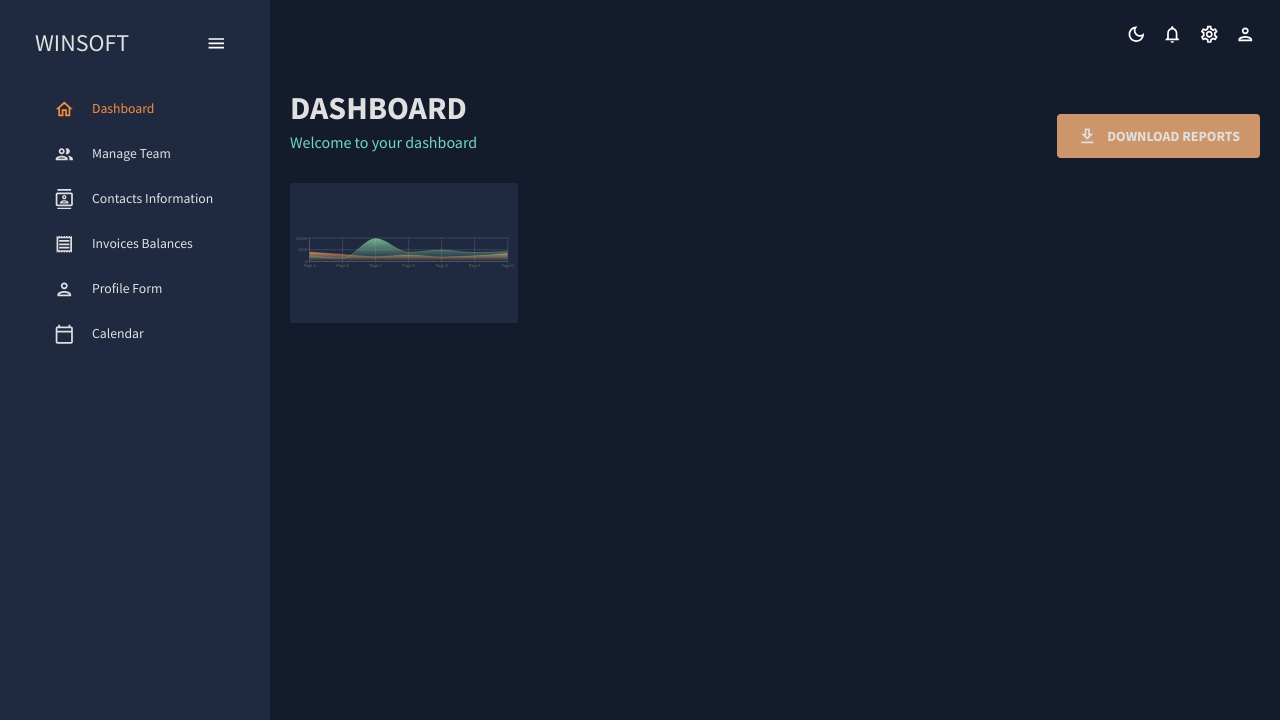
Repository: thamaraiselvan315731/winssoft
Page: /
The author's editor kept a copy of each file at every save. The page is drawn from the files as they stood at one save, then again after the next save.
The browser window is 1280 px wide. The pictures show the whole page.
The project was rebuilt for these pictures with package versions that can differ from the ones it lists, and the page was loaded fresh each time. Also part of the build but not shown: src/pages/team/index.jsx, src/pages/invoices/index.jsx, src/pages/contacts/index.jsx, src/pages/form/index.jsx, src/components/LineChart.jsx, src/data/mockGeoFeatures.js, src/components/GeographyChart.jsx, src/components/BarChart.jsx and 4 more.

Above is the page before, as saved 2022-12-01 11:03:50.

### src/App.js
import { useState } from "react";
import { Routes, Route } from "react-router-dom";
import Topbar from "./pages/global/Topbar";
import Sidebar from "./pages/global/Sidebar";
import Team from "./pages/team";
import Invoices from "./pages/invoices";
import Contacts from "./pages/contacts";
import Form from "./pages/form";
// import Bar from "./pages/bar";
// import Line from "./pages/line";
// import Pie from "./pages/pie";
// import Geography from "./pages/geography";
import Dashboard from "./pages/dashboard";
import FAQ from "./pages/faq";
import { CssBaseline, ThemeProvider } from "@mui/material";
import { ColorModeContext, useMode } from "./theme";
import Calendar from "./pages/calendar/calendar";

function App() {
  const [theme, colorMode] = useMode();
  const [isSidebar, setIsSidebar] = useState(true);

  return (
    <ColorModeContext.Provider value={colorMode}>
      <ThemeProvider theme={theme}>
        <CssBaseline />
        <div className="app">
          <Sidebar isSidebar={isSidebar} />
          <main className="content">
            <Topbar setIsSidebar={setIsSidebar} />
            <Routes>
              <Route path="/" element={<Dashboard />} />
              <Route path="/team" element={<Team />} />
              <Route path="/contacts" element={<Contacts />} />
              <Route path="/invoices" element={<Invoices />} />
              <Route path="/form" element={<Form />} />
              {/* <Route path="/bar" element={<Bar />} />
              <Route path="/pie" element={<Pie />} />
              <Route path="/line" element={<Line />} /> */}
              <Route path="/faq" element={<FAQ />} />
              <Route path="/calendar" element={<Calendar />} />
              {/* <Route path="/geography" element={<Geography />} /> */}
            </Routes>
          </main>
        </div>
      </ThemeProvider>
    </ColorModeContext.Provider>
  );
}

export default App;

### src/pages/global/Topbar.jsx
import { Box, IconButton, useTheme } from "@mui/material";
import { useContext } from "react";
import { ColorModeContext, tokens } from "../../theme";
import InputBase from "@mui/material/InputBase";
import LightModeOutlinedIcon from "@mui/icons-material/LightModeOutlined";
import DarkModeOutlinedIcon from "@mui/icons-material/DarkModeOutlined";
import NotificationsOutlinedIcon from "@mui/icons-material/NotificationsOutlined";
import SettingsOutlinedIcon from "@mui/icons-material/SettingsOutlined";
import PersonOutlinedIcon from "@mui/icons-material/PersonOutlined";
import SearchIcon from "@mui/icons-material/Search";

const Topbar = () => {
  const theme = useTheme();
  const colors = tokens(theme.palette.mode);
  const colorMode = useContext(ColorModeContext);

  return (
    <Box display="flex" justifyContent="flex-end" p={2}>
      {/* SEARCH BAR */}
      {/* <Box
        display="flex"
        backgroundColor={colors.primary[400]}
        borderRadius="3px"
      >
        <InputBase sx={{ ml: 2, flex: 1 }} placeholder="Search" />
        <IconButton type="button" sx={{ p: 1 }}>
          <SearchIcon />
        </IconButton>
      </Box> */}

      {/* ICONS */}
      <Box display="flex">
        <IconButton onClick={colorMode.toggleColorMode}>
          {theme.palette.mode === "dark" ? (
            <DarkModeOutlinedIcon />
          ) : (
            <LightModeOutlinedIcon />
          )}
        </IconButton>
        <IconButton>
          <NotificationsOutlinedIcon />
        </IconButton>
        <IconButton>
          <SettingsOutlinedIcon />
        </IconButton>
        <IconButton>
          <PersonOutlinedIcon />
        </IconButton>
      </Box>
    </Box>
  );
};

export default Topbar;

### src/pages/global/Sidebar.jsx
import { useState } from "react";
import { ProSidebar, Menu, MenuItem } from "react-pro-sidebar";
import { Box, IconButton, Typography, useTheme } from "@mui/material";
import { Link } from "react-router-dom";
import "react-pro-sidebar/dist/css/styles.css";
import { tokens } from "../../theme";
import HomeOutlinedIcon from "@mui/icons-material/HomeOutlined";
import PeopleOutlinedIcon from "@mui/icons-material/PeopleOutlined";
import ContactsOutlinedIcon from "@mui/icons-material/ContactsOutlined";
import ReceiptOutlinedIcon from "@mui/icons-material/ReceiptOutlined";
import PersonOutlinedIcon from "@mui/icons-material/PersonOutlined";
import CalendarTodayOutlinedIcon from "@mui/icons-material/CalendarTodayOutlined";// eslint-disable-next-line
import HelpOutlineOutlinedIcon from "@mui/icons-material/HelpOutlineOutlined";// eslint-disable-next-line
import BarChartOutlinedIcon from "@mui/icons-material/BarChartOutlined";// eslint-disable-next-line
import PieChartOutlineOutlinedIcon from "@mui/icons-material/PieChartOutlineOutlined";// eslint-disable-next-line
import TimelineOutlinedIcon from "@mui/icons-material/TimelineOutlined";// eslint-disable-next-line
import MenuOutlinedIcon from "@mui/icons-material/MenuOutlined";// eslint-disable-next-line
import MapOutlinedIcon from "@mui/icons-material/MapOutlined";// eslint-disable-next-line

const Item = ({ title, to, icon, selected, setSelected }) => {
  const theme = useTheme();
  const colors = tokens(theme.palette.mode);
  return (
    <MenuItem
      active={selected === title}
      style={{
        color: colors.grey[100],
      }}
      onClick={() => setSelected(title)}
      icon={icon}
    >
      <Typography>{title}</Typography>
      <Link to={to} />
    </MenuItem>
  );
};

const Sidebar = () => {
  const theme = useTheme();
  const colors = tokens(theme.palette.mode);
  const [isCollapsed, setIsCollapsed] = useState(false);
  const [selected, setSelected] = useState("Dashboard");

  return (
    <Box
      sx={{
        "& .pro-sidebar-inner": {
          background: `${colors.primary[400]} !important`,
        },
        "& .pro-icon-wrapper": {
          backgroundColor: "transparent !important",
        },
        "& .pro-inner-item": {
          padding: "5px 35px 5px 20px !important",
        },
        "& .pro-inner-item:hover": {
          color: "#f78d3e !important",
        },
        "& .pro-menu-item.active": {
          color: "#f78d3e !important",
        },
      }}
    >
      <ProSidebar collapsed={isCollapsed}>
        <Menu iconShape="square">
          {/* LOGO AND MENU ICON */}
          <MenuItem
            onClick={() => setIsCollapsed(!isCollapsed)}
            icon={isCollapsed ? <MenuOutlinedIcon /> : undefined}
            style={{
              margin: "10px 0 20px 0",
              color: colors.grey[100],
            }}
          >
            {!isCollapsed && (
              <Box
                display="flex"
                justifyContent="space-between"
                alignItems="center"
                ml="15px"
              >
                <Typography variant="h3" color={colors.grey[100]}>
                  WINSOFT
                </Typography>
                <IconButton onClick={() => setIsCollapsed(!isCollapsed)}>
                  <MenuOutlinedIcon />
                </IconButton>
              </Box>
            )}
          </MenuItem>

          {/* {!isCollapsed && (
            <Box mb="25px">
              <Box display="flex" justifyContent="center" alignItems="center">
                <img
                  alt="profile-user"
                  width="100px"
                  height="100px"
                  src={`../../assets/user.png`}
                  style={{ cursor: "pointer", borderRadius: "50%" }}
                />
              </Box>
              <Box textAlign="center">
                <Typography
                  variant="h2"
                  color={colors.grey[100]}
                  fontWeight="bold"
                  sx={{ m: "10px 0 0 0" }}
                >
                  Ed Roh
                </Typography>
                <Typography variant="h5" color={colors.greenAccent[500]}>
                  VP Fancy Admin
                </Typography>
              </Box>
            </Box>
          )} */}

          <Box paddingLeft={isCollapsed ? undefined : "10%"}>
            <Item
              title="Dashboard"
              to="/"
              icon={<HomeOutlinedIcon />}
              selected={selected}
              setSelected={setSelected}
            />

            {/* <Typography
              variant="h6"
              color={colors.grey[300]}
              sx={{ m: "15px 0 5px 20px" }}
            >
              Data
            </Typography> */}
            <Item
              title="Manage Team"
              to="/team"
              icon={<PeopleOutlinedIcon />}
              selected={selected}
              setSelected={setSelected}
            />
            <Item
              title="Contacts Information"
              to="/contacts"
              icon={<ContactsOutlinedIcon />}
              selected={selected}
              setSelected={setSelected}
            />
            <Item
              title="Invoices Balances"
              to="/invoices"
              icon={<ReceiptOutlinedIcon />}
              selected={selected}
              setSelected={setSelected}
            />

            {/* <Typography
              variant="h6"
              color={colors.grey[300]}
              sx={{ m: "15px 0 5px 20px" }}
            >
              Pages
            </Typography> */}
            <Item
              title="Profile Form"
              to="/form"
              icon={<PersonOutlinedIcon />}
              selected={selected}
              setSelected={setSelected}
            />
            <Item
              title="Calendar"
              to="/calendar"
              icon={<CalendarTodayOutlinedIcon />}
              selected={selected}
              setSelected={setSelected}
            />
            {/* <Item
              title="FAQ Page"
              to="/faq"
              icon={<HelpOutlineOutlinedIcon />}
              selected={selected}
              setSelected={setSelected}
            /> */}

            {/* <Typography
              variant="h6"
              color={colors.grey[300]}
              sx={{ m: "15px 0 5px 20px" }}
            >
              Charts
            </Typography>
            <Item
              title="Bar Chart"
              to="/bar"
              icon={<BarChartOutlinedIcon />}
              selected={selected}
              setSelected={setSelected}
            />
            <Item
              title="Pie Chart"
              to="/pie"
              icon={<PieChartOutlineOutlinedIcon />}
              selected={selected}
              setSelected={setSelected}
            />
            <Item
              title="Line Chart"
              to="/line"
              icon={<TimelineOutlinedIcon />}
              selected={selected}
              setSelected={setSelected}
            />
            <Item
              title="Geography Chart"
              to="/geography"
              icon={<MapOutlinedIcon />}
              selected={selected}
              setSelected={setSelected}
            /> */}
          </Box>
        </Menu>
      </ProSidebar>
    </Box>
  );
};

export default Sidebar;

### src/pages/dashboard/index.jsx
import { Box, Button, IconButton, Typography, useTheme } from "@mui/material";
import { tokens } from "../../theme";
import { mockTransactions } from "../../data/mockData";
import DownloadOutlinedIcon from "@mui/icons-material/DownloadOutlined";
import { AreaCharts } from "../../Charts/AreaChart"
import EmailIcon from "@mui/icons-material/Email";
import PointOfSaleIcon from "@mui/icons-material/PointOfSale";
import PersonAddIcon from "@mui/icons-material/PersonAdd";
import TrafficIcon from "@mui/icons-material/Traffic";
import Header from "../../components/Header";
import LineChart from "../../components/LineChart";
import GeographyChart from "../../components/GeographyChart";
import BarChart from "../../components/BarChart";
import StatBox from "../../components/StatBox";
import ProgressCircle from "../../components/ProgressCircle";

const Dashboard = () => {
  const theme = useTheme();
  const colors = tokens(theme.palette.mode);

  return (

    <Box m="20px">
      {/* HEADER */}
      <Box display="flex" justifyContent="space-between" alignItems="center">
        <Header title="DASHBOARD" subtitle="Welcome to your dashboard" />

        <Box>
          <Button
            sx={{
              backgroundColor: colors.blueAccent[700],
              color: colors.grey[100],
              fontSize: "14px",
              fontWeight: "bold",
              padding: "10px 20px",
            }}
          >
            <DownloadOutlinedIcon sx={{ mr: "10px" }} />
            Download Reports
          </Button>
        </Box>
      </Box>

      {/* GRID & CHARTS */}
      <Box
        display="grid"
        gridTemplateColumns="repeat(12, 1fr)"
        gridAutoRows="140px"
        gap="20px"
      >
        {/* ROW 1 */}
        <Box
          gridColumn="span 3"
          backgroundColor={colors.primary[400]}
          display="flex"
          alignItems="center"
          justifyContent="center"
        >
          <AreaCharts />
          {/* <StatBox
            title="12,361"
            subtitle="Emails Sent"
            progress="0.75"
            increase="+14%"
            icon={
              <EmailIcon
                sx={{ color: colors.greenAccent[600], fontSize: "26px" }}
              />
            }
          /> */}
        </Box>
        {/* <Box
          gridColumn="span 3"
          backgroundColor={colors.primary[400]}
          display="flex"
          alignItems="center"
          justifyContent="center"
        >
          <StatBox
            title="431,225"
            subtitle="Sales Obtained"
            progress="0.50"
            increase="+21%"
            icon={
              <PointOfSaleIcon
                sx={{ color: colors.greenAccent[600], fontSize: "26px" }}
              />
            }
          />
        </Box>
        <Box
          gridColumn="span 3"
          backgroundColor={colors.primary[400]}
          display="flex"
          alignItems="center"
          justifyContent="center"
        >
          <StatBox
            title="32,441"
            subtitle="New Clients"
            progress="0.30"
            increase="+5%"
            icon={
              <PersonAddIcon
                sx={{ color: colors.greenAccent[600], fontSize: "26px" }}
              />
            }
          />
        </Box>
        <Box
          gridColumn="span 3"
          backgroundColor={colors.primary[400]}
          display="flex"
          alignItems="center"
          justifyContent="center"
        >
          <StatBox
            title="1,325,134"
            subtitle="Traffic Received"
            progress="0.80"
            increase="+43%"
            icon={
              <TrafficIcon
                sx={{ color: colors.greenAccent[600], fontSize: "26px" }}
              />
            }
          />
        </Box> */}

        {/* ROW 2 */}
        {/* <Box
          gridColumn="span 8"
          gridRow="span 2"
          backgroundColor={colors.primary[400]}
        >
          <Box
            mt="25px"
            p="0 30px"
            display="flex "
            justifyContent="space-between"
            alignItems="center"
          >
            <Box>
              <Typography
                variant="h5"
                fontWeight="600"
                color={colors.grey[100]}
              >
                Revenue Generated
              </Typography>
              <Typography
                variant="h3"
                fontWeight="bold"
                color={colors.greenAccent[500]}
              >
                $59,342.32
              </Typography>
            </Box>
            <Box>
              <IconButton>
                <DownloadOutlinedIcon
                  sx={{ fontSize: "26px", color: colors.greenAccent[500] }}
                />
              </IconButton>
            </Box>
          </Box>
          <Box height="250px" m="-20px 0 0 0">
            <LineChart isDashboard={true} />
          </Box>
        </Box>
        <Box
          gridColumn="span 4"
          gridRow="span 2"
          backgroundColor={colors.primary[400]}
          overflow="auto"
        >
          <Box
            display="flex"
            justifyContent="space-between"
            alignItems="center"
            borderBottom={`4px solid ${colors.primary[500]}`}
            colors={colors.grey[100]}
            p="15px"
          >
            <Typography color={colors.grey[100]} variant="h5" fontWeight="600">
              Recent Transactions
            </Typography>
          </Box>
          {mockTransactions.map((transaction, i) => (
            <Box
              key={`${transaction.txId}-${i}`}
              display="flex"
              justifyContent="space-between"
              alignItems="center"
              borderBottom={`4px solid ${colors.primary[500]}`}
              p="15px"
            >
              <Box>
                <Typography
                  color={colors.greenAccent[500]}
                  variant="h5"
                  fontWeight="600"
                >
                  {transaction.txId}
                </Typography>
                <Typography color={colors.grey[100]}>
                  {transaction.user}
                </Typography>
              </Box>
              <Box color={colors.grey[100]}>{transaction.date}</Box>
              <Box
                backgroundColor={colors.greenAccent[500]}
                p="5px 10px"
                borderRadius="4px"
              >
                ${transaction.cost}
              </Box>
            </Box>
          ))}
        </Box> */}

        {/* ROW 3 */}
        {/* <Box
          gridColumn="span 4"
          gridRow="span 2"
          backgroundColor={colors.primary[400]}
          p="30px"
        >
          <Typography variant="h5" fontWeight="600">
            Campaign
          </Typography>
          <Box
            display="flex"
            flexDirection="column"
            alignItems="center"
            mt="25px"
          >
            <ProgressCircle size="125" />
            <Typography
              variant="h5"
              color={colors.greenAccent[500]}
              sx={{ mt: "15px" }}
            >
              $48,352 revenue generated
            </Typography>
            <Typography>Includes extra misc expenditures and costs</Typography>
          </Box>
        </Box>
        <Box
          gridColumn="span 4"
          gridRow="span 2"
          backgroundColor={colors.primary[400]}
        >
          <Typography
            variant="h5"
            fontWeight="600"
            sx={{ padding: "30px 30px 0 30px" }}
          >
            Sales Quantity
          </Typography>
          <Box height="250px" mt="-20px">
            <BarChart isDashboard={true} />
          </Box>
        </Box>
        <Box
          gridColumn="span 4"
          gridRow="span 2"
          backgroundColor={colors.primary[400]}
          padding="30px"
        >
          <Typography
            variant="h5"
            fontWeight="600"
            sx={{ marginBottom: "15px" }}
          >
            Geography Based Traffic
          </Typography>
          <Box height="200px">
            <GeographyChart isDashboard={true} />
          </Box>
        </Box> */}
      </Box>
    </Box>
  );
};

export default Dashboard;

### src/Charts/AreaChart.js
import { LineChart, Line, AreaChart, ResponsiveContainer, YAxis, Area, Tooltip, CartesianGrid, linearGradient, XAxis } from 'recharts';


const data = [
    {
        "name": "Page A",
        "uv": 4000,
        "pv": 2400,
        "amt": 2400
    },
    {
        "name": "Page B",
        "uv": 3000,
        "pv": 1398,
        "amt": 2210
    },
    {
        "name": "Page C",
        "uv": 2000,
        "pv": 9800,
        "amt": 2290
    },
    {
        "name": "Page D",
        "uv": 2780,
        "pv": 3908,
        "amt": 2000
    },
    {
        "name": "Page E",
        "uv": 1890,
        "pv": 4800,
        "amt": 2181
    },
    {
        "name": "Page F",
        "uv": 2390,
        "pv": 3800,
        "amt": 2500
    },
    {
        "name": "Page G",
        "uv": 3490,
        "pv": 4300,
        "amt": 2100
    }
]


export const AreaCharts = () => {
    // const theme = useTheme();
    // const colors = tokens(theme.palette.mode);

    return (
        <ResponsiveContainer width={700} height="80%">
            < AreaChart width={730} height={250} data={data}
                margin={{ top: 10, right: 30, left: 0, bottom: 0 }}>
                <defs>
                    <linearGradient id="colorUv" x1="0" y1="0" x2="0" y2="1">
                        <stop offset="5%" stopColor="#de965d" stopOpacity={0.8} />
                        <stop offset="95%" stopColor="#de965d" stopOpacity={0} />
                    </linearGradient>
                    <linearGradient id="colorPv" x1="0" y1="0" x2="0" y2="1">
                        <stop offset="5%" stopColor="#82ca9d" stopOpacity={0.8} />
                        <stop offset="95%" stopColor="#82ca9d" stopOpacity={0} />
                    </linearGradient>
                </defs>
                <XAxis dataKey="name" />
                <YAxis />
                <CartesianGrid strokeDasharray="3 3" />
                <Tooltip />
                <Area type="monotone" dataKey="uv" stroke="#de965d" fillOpacity={1} fill="url(#colorUv)" />
                <Area type="monotone" dataKey="pv" stroke="#82ca9d" fillOpacity={1} fill="url(#colorPv)" />
            </AreaChart ></ResponsiveContainer>
    );
};

Loaded but not shown: public/index.html (common file); src/index.js (common file); src/index.css (common file); src/components/Header.jsx (common file); src/data/mockData.js (1283 lines, source omitted); src/theme.js (214 lines, source omitted)

After the next save:
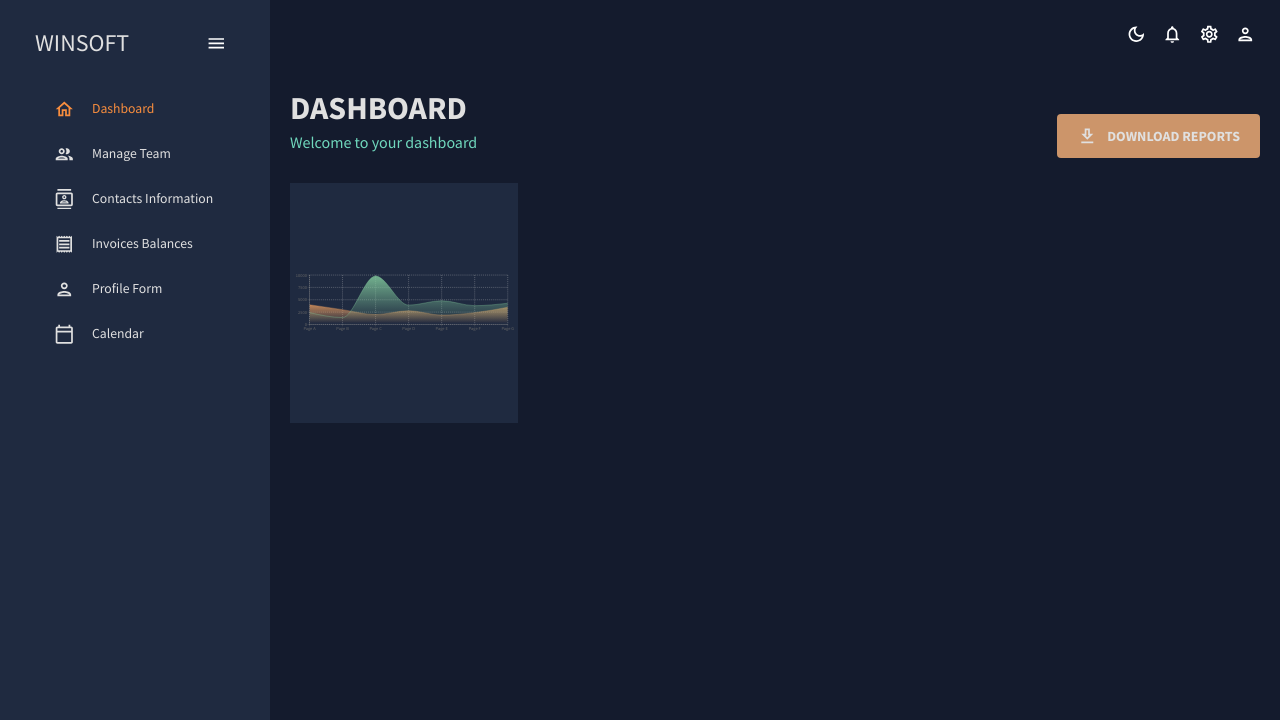
Saved 29 s later.
--- a/src/pages/dashboard/index.jsx
+++ b/src/pages/dashboard/index.jsx
@@ -45,7 +45,7 @@ const Dashboard = () => {
       <Box
         display="grid"
         gridTemplateColumns="repeat(12, 1fr)"
-        gridAutoRows="140px"
+        gridAutoRows="240px"
         gap="20px"
       >
         {/* ROW 1 */}
